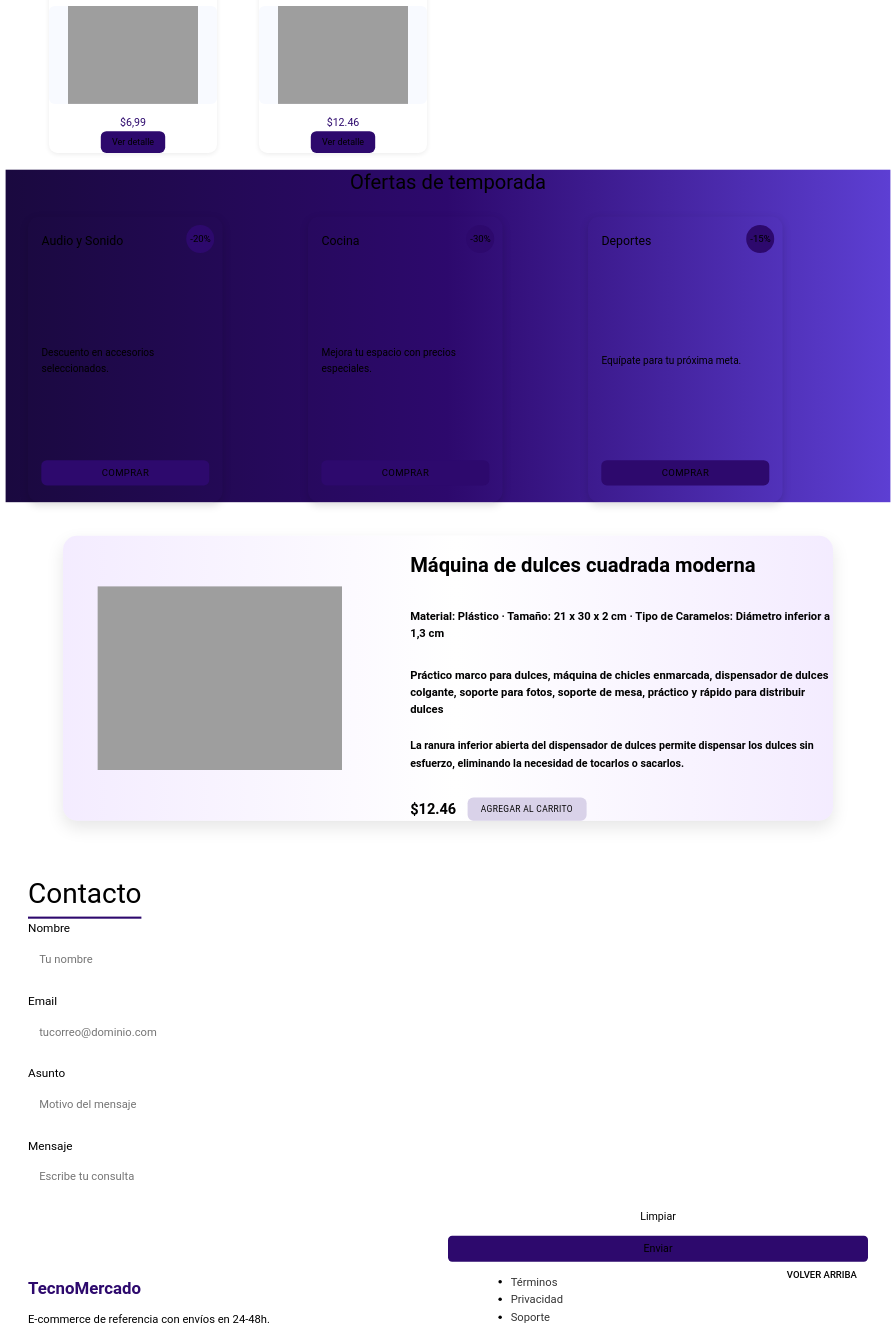
Repository: aryacarpavila/lab02_web
Page: index.html
The author's editor kept a copy of each file at every save. The page is drawn from the files as they stood at one save, then again after the next save.
The browser window is 1280 px wide. The pictures show the part of the page from y = 1008 to 2928 px (the page is 2928 px tall), at 70% of full size.
Pictures or frames that could not be fetched are drawn as grey boxes.

Above is the page before, as saved 2025-11-12 09:38:51.

### index.html
<!DOCTYPE html>
<html lang="es">
  <head>
    <meta charset="utf-8" />
    <meta name="viewport" content="width=device-width, initial-scale=1" />
    <meta name="description" content="TecnoMercado · Laboratorio 2" />
    <title>TecnoMercado · Plantilla (Lab 2)</title>

    <link rel="stylesheet" href="assets/css/base.css">
    <link rel="stylesheet" href="assets/css/layout.css">
    <link rel="stylesheet" href="assets/css/components.css">
    <link rel="stylesheet" href="assets/css/animations.css">
    <style>
      .text-center {
        text-align: center;
      }
    </style>
  </head>
  <body>
    <!-- HEADER: site branding and primary navigation -->
    <header role="banner">
      <div>
        <a href="#">TecnoMercado</a>
        <nav>
          <ul>
            <li><a href="#inicio">Inicio</a></li>
            <li><a href="#catalogo">Catálogo</a></li>
            <li><a href="#ofertas">Ofertas</a></li>
            <li><a href="#producto">Producto</a></li>
            <li><a href="#contacto">Contacto</a></li>
          </ul>
        </nav>
      </div>
    </header>

    <!-- MAIN: page content wrapper -->
    <main role="main">
      <!-- HERO: landing intro and promotional notice -->
      <section>
        <div>
          <div>
            <h1>Tu mercado digital</h1>
            <p>Explora productos a buen precio con una experiencia fluida y accesible.</p>
            <a href="#catalogo" class="boton">Ver catálogo</a>
          </div>
          <div></div>
        </div>
        <div class="text-center">Envíos gratis en compras superiores a $50</div>
      </section>

      <!-- CATALOG: category links and featured products grid -->
      <section>
        <section class="elemento-destacado">
            <div class="container">
              <h2>Catálogo destacado</h2>
              <ul class="categorias">
                <li><a href="#">Electrónica</a></li>
                <li><a href="#">Hogar</a></li>
                <li><a href="#">Ropa</a></li>
                <li><a href="#">Deportes</a></li>
              </ul>
            </div>
        </section>
          <div>
            <article tabindex="0">
              <div></div>
              <div>
                <h3>Ventilador de Mesa Damasco 12'</h3>
                <img src="https://damasco.vtexassets.com/arquivos/ids/157553-1200-auto?v=638961572051200000&width=1200&height=auto&aspect=true" alt="Ventilador Damasco" width="300">
                <p>$27,55</p>
                <button>Ver detalle</button>
              </div>
            </article>
            <article tabindex="0">
              <div></div>
              <div>
                <h3>Colchon Venus 140X190</h3>
                <img src="https://damasco.vtexassets.com/arquivos/ids/156653-1200-auto?v=638603201011270000&width=1200&height=auto&aspect=true" alt="Colchon" width="300">
                <p>$448,40</p>
                <button>Ver detalle</button>
              </div>
            </article>
            <article tabindex="0">
              <div></div>
              <div>
                <h3>Utensilio De Cocina 6Pcs</h3>
                <img src="https://damasco.vtexassets.com/arquivos/ids/156211-1200-auto?v=638524394013470000&width=1200&height=auto&aspect=true" alt="Utensilios" width="300">
                <p>$11,40</p>
                <button>Ver detalle</button>
              </div>
            </article>
            <article tabindex="0">
              <div></div>
              <div>
                <h3>Juego de Mesa y Sillas para Exteriores 904 Andic</h3>
                <img src="https://totalmundo.vtexassets.com/arquivos/ids/188250-1600-auto?v=638708155339070000&width=1600&height=auto&aspect=true" alt="Juego de mesas" width="300">
                <p>$89,99</p>
                <button>Ver detalle</button>
              </div>
            </article>
            <article tabindex="0">
              <div></div>
              <div>
                <h3>Cesta Circular para Ropa Andic BK59</h3>
                <img src="https://totalmundo.vtexassets.com/arquivos/ids/184221-1600-auto?v=638676304923270000&width=1600&height=auto&aspect=true" alt="Cesta de ropa" width="300">
                <p>$6,99</p>
                <button>Ver detalle</button>
              </div>
            </article>
            <article tabindex="0">
              <div></div>
              <div>
                <h3>Máquina de dulces cuadrada moderna</h3>
                <img src="https://ae01.alicdn.com/kf/S90d94c095b9e4ca5ae8318b18da998542.jpg" alt="Maquina de dulces" width="300">
                <p>$12.46</p>
                <button>Ver detalle</button>
              </div>
            </article>
          </div>
        </div>
      </section>

      <!-- OFFERS: seasonal deals and promotions -->
      <section class="ofertas-temporada">
        <div class="ofertas-container">
          <h2>Ofertas de temporada</h2>

          <div class="ofertas-grid">
            <article class="oferta-card">
          <div class="oferta-descuento">-20%</div>
            <h3>Audio y Sonido</h3>
            <p>Descuento en accesorios seleccionados.</p>
            <button class="boton">Comprar</button>
          </article>

        <article class="oferta-card">
          <div class="oferta-descuento">-30%</div>
          <h3>Cocina</h3>
          <p>Mejora tu espacio con precios especiales.</p>
          <button class="boton">Comprar</button>
        </article>

        <article class="oferta-card">
          <div class="oferta-descuento">-15%</div>
          <h3>Deportes</h3>
          <p>Equípate para tu próxima meta.</p>
          <button class="boton">Comprar</button>
        </article>
      </div>
    </div>
  </section>


      <!-- PRODUCTO DESTACADO -->
      <section class="producto-destacado">
          <div class="producto-destacado__imagen">
              <img src="https://ae01.alicdn.com/kf/S90d94c095b9e4ca5ae8318b18da998542.jpg" alt="Máquina de dulces cuadrada moderna">
          </div>
        <div class="producto-destacado__info">
            <h2>Máquina de dulces cuadrada moderna</h2>
            <p>Material: Plástico · Tamaño: 21 x 30 x 2 cm · Tipo de Caramelos: Diámetro inferior a 1,3 cm</p>
            <p>
              Práctico marco para dulces, máquina de chicles enmarcada, dispensador de dulces colgante, soporte para fotos,
              soporte de mesa, práctico y rápido para distribuir dulces
            </p>
        <ul>
          <li>La ranura inferior abierta del dispensador de dulces permite dispensar los dulces sin esfuerzo,
              eliminando la necesidad de tocarlos o sacarlos.</li>
        </ul>
        <div class="producto-destacado__acciones">
            <span class="precio">$12.46</span>
          <button class="boton">Agregar al carrito</button>
        </div>
      </div>
      </section>


      <!-- CONTACT: contact form -->
      <section class="elemento-destacado">
        <div class="container">
        <h2>Contacto</h2>
        <form action="#" method="post" class="form-contacto">
          <div class="form-grid">
            <div>
              <label for="nombre">Nombre</label>
              <input id="nombre" name="nombre" type="text" placeholder="Tu nombre" />
            </div>
            <div>
              <label for="email">Email</label>
              <input id="email" name="email" type="email" placeholder="tucorreo@dominio.com" />
            </div>
            <div class="columna-completa">
              <label for="asunto">Asunto</label>
              <input id="asunto" name="asunto" type="text" placeholder="Motivo del mensaje" />
            </div>
            <div class="columna-completa">
              <label for="mensaje">Mensaje</label>
              <textarea id="mensaje" name="mensaje" rows="5" placeholder="Escribe tu consulta"></textarea>
            </div>
          </div>

          <div class="botones">
            <button type="reset" class="btn-limpiar">Limpiar</button>
            <button type="submit" class="btn-enviar">Enviar</button>
          </div>
        </form>
      </section>
    </main>

    <!-- FOOTER: site footer with secondary navigation -->
    <footer role="contentinfo">
      <div class="footer-contenedor">
        <div class="footer-info">
          <h3>TecnoMercado</h3>
          <p>E-commerce de referencia con envíos en 24-48h.</p>
        </div>

        <nav class="footer-nav" aria-label="Secundaria">
          <ul>
            <li><a href="#">Términos</a></li>
            <li><a href="#">Privacidad</a></li>
            <li><a href="#">Soporte</a></li>
          </ul>
        </nav>

        <div class="footer-volver">
          <a href="#inicio" class="volver-arriba">Volver arriba</a>
        </div>
      </div>
    </footer>
  </body>
</html>

### assets/css/base.css
/*

 * Sector: Hogar
 * Tipografía: Opción Roboto
 * Justificación: El Morado (elegancia) y el Gris (neutralidad) aportan una sensación de
 * confort y sofisticación, ideal para el diseño de interiores moderno. La fuente Roboto
 * garantiza legibilidad y un look limpio.
 */
:root {


    --color-primary: #2D096D;       /* Morado Oscuro (Base - Para acciones y títulos) */
    --color-secondary: #D9D2E9;     /* Lavanda Claro (Terciario - Para fondos y hover sutil) */
    --color-tertiary: #5D3FD3;      /* Violeta Medio (Para acentos y enlaces) */


    --color-background: #FFFFFF;    /* Fondo Blanco puro o #ECECEC de tu código */
    --color-surface: #F8F8F8;       /* Fondo de tarjetas (Sutilmente gris) */

    --color-text-primary: #000000;  /* Texto Principal (Negro para legibilidad) */
    --color-text-on-primary: #FFFFFF; /* Texto sobre color primario (¡BLANCO para el botón!) */

    --space-unit: 8px;
    --space-xs: calc(0.5 * var(--space-unit));
    --space-sm: var(--space-unit);
    --space-md: calc(2 * var(--space-unit));
    --space-lg: calc(3 * var(--space-unit));
    --space-xl: calc(5 * var(--space-unit));

    --border-radius: 6px;
    --shadow-md: 0 4px 8px rgba(0, 0, 0, 0.1); /* Sombra para tarjetas */
    --container-max-width: 1200px;

    --font-size-base: 1rem;
    --font-size-h1: clamp(2.5rem, 6vw + 1rem, 4rem);
    --font-size-h2: clamp(1.75rem, 4vw + 1rem, 2.5rem);
    --font-size-h3: clamp(1.25rem, 2vw + 1rem, 1.75rem);
    --line-height-base: 1.6;
}

body {
    /* Tipografía Roboto */
    font-family: "Roboto";
    line-height: var(--line-height-base);
    color: var(--color-text-primary);
    background-color: var(--color-background);
    font-size: var(--font-size-base);
}

h1, h2, h3 {
    line-height: 1.2;
    margin-bottom: var(--space-md);
    font-weight: 600;
    color: var(--color-primary); /* Color primario para títulos */
}

h1 {
    font-size: var(--font-size-h1);
}

h2 {
    font-size: var(--font-size-h2);
}

h3 {
    font-size: var(--font-size-h3);
}

p {
    margin-bottom: var(--space-sm);
}

:focus-visible {
    outline: 3px solid var(--color-focus);
    outline-offset: 3px;
    border-radius: var(--border-radius);
}

a {
    color: var(--color-tertiary); /* Color de acento para enlaces */
    text-decoration: none;
    transition: color 0.2s ease-in-out;
}

a:hover {
    color: var(--color-primary);
    text-decoration: underline;
}

img {
    max-width: 100%;
    height: auto;
    display: block;
}

input, textarea, button {
    font-family: inherit;
    font-size: var(--font-size-base);
}

### assets/css/components.css
/*
  components.css
  - Botones (primario, outline), estados hover/focus
  - Cards de producto y ofertas, sombras y radios
  - Listas de categorías y enlaces auxiliares
  - Formulario de contacto: inputs, labels, textarea, validaciones
  - Selectores de atributo, pseudo-clases y pseudo-elementos
*/

header nav a {
  /* Estilo para los enlaces de navegación */
  color: var(--color-text);
  font-weight: var(--font-weight-regular);
  text-transform: uppercase;
  padding: var(--spacing-xs) 0;
  border-bottom: 2px solid transparent;
}

header nav a:hover {
  color: var(--color-primary);
  border-bottom: 2px solid var(--color-primary);
  text-decoration: none;
}

article:hover {
  transform: translateY(-4px);
  box-shadow: 0 4px 16px rgba(0, 0, 0, 0.12);
}

.hero-section {
  padding: var(--spacing-lg) var(--spacing-md);
  background-color: var(--color-background-dark);
}

.hero-wrapper {
  max-width: 1200px;
  margin: 0 auto;
  display: grid;
  grid-template-columns: 1fr 1fr;
  gap: var(--spacing-lg);
  align-items: center;
}

.hero-content h1 {
  font-size: clamp(2rem, 5vw, 4rem);
  color: var(--color-text);
  margin-bottom: var(--spacing-sm);
  text-align: left;
}

article img {
  width: 100%;
  height: 140px;
  object-fit: contain;
  margin-bottom: var(--spacing-sm);
  background-color: #f8faff;
  border-radius: 8px;
}

footer a {
    color: var(--color-white);
}

.boton {
    background-color: var(--color-primary);
    color: var(--color-white);
    border: none;
    font-weight: var(--font-weight-bold);
    text-transform: uppercase;
    text-decoration: none;
    cursor: pointer;
    display: inline-block;
    font-size: 0.75rem;
    padding: 0.5rem 0.8rem;
    border-radius: var(--border-radius, 4px);
    transition: background-color 0.3s ease;
}

.boton:hover,
.boton:focus {
    background-color: var(--color-secondary);
    color: var(--color-white);
}

/* Título del producto */
article h3 {
  font-size: 1rem;
  color: var(--color-text);
  margin-top: var(--spacing-sm);
  margin-bottom: 0.4rem;
  font-weight: var(--font-weight-bold);
}

/* Precio */
article p {
  font-size: 0.95rem;
  font-weight: var(--font-weight-bold);
  color: var(--color-primary);
  margin-bottom: var(--spacing-sm);
}

article button {
  background-color: var(--color-primary);
  border: 1px solid var(--color-background-dark);
  color: var(--color-white);
  padding: 0.5rem 1rem;
  font-size: 0.8rem;
  border-radius: 8px;
  cursor: pointer;
  transition: all 0.2s ease;
}

article button:hover {
  background-color: var(--color-secondary);
  border-color: var(--color-primary);
}


/* === BOTONES PRINCIPALES === */
.boton {
  display: inline-block;
  background-color: var(--color-primary);
  color: var(--color-white);
  padding: 0.6rem 1.2rem;
  border-radius: 8px;
  text-transform: uppercase;
  font-weight: var(--font-weight-bold);
  letter-spacing: 0.5px;
  transition: background-color 0.3s ease;
}

.boton:hover {
  background-color: var(--color-secondary);
}

/* === OFERTAS DE TEMPORADA === */
.ofertas-temporada {
  background: linear-gradient(90deg,rgba(26, 9, 63, 1) 0%, rgba(45, 9, 109, 1) 50%, rgba(93, 63, 211, 1) 100%);
  padding: var(--spacing-lg) var(--spacing-md);
  color: var(--color-white);
}

.ofertas-container {
  max-width: 1200px;
  margin: 0 auto;
  text-align: center;
}

.ofertas-container h2 {
  font-size: 1.8rem;
  font-weight: var(--font-weight-bold);
  margin-bottom: 2rem;
  color: var(--color-white);
}


/* === TARJETAS === */
.oferta-card {
  position: relative;
  background-color: var(--color-white);
  color: var(--color-text);
  border-radius: 16px;
  padding: 1.5rem 1.2rem;
  text-align: left;
  box-shadow: 0 4px 12px rgba(0, 0, 0, 0.15);
  transition: transform 0.25s ease, box-shadow 0.25s ease;
}

.oferta-card:hover {
  transform: translateY(-6px);
  box-shadow: 0 8px 20px rgba(0, 0, 0, 0.25);
}

.oferta-card h3 {
  font-size: 1.1rem;
  font-weight: var(--font-weight-bold);
  margin-bottom: 0.5rem;
}

.oferta-card p {
  font-size: 0.9rem;
  color: var(--color-text);
  margin-bottom: 0.2rem;
}

.oferta-card .boton:hover {
  background-color: var(--color-secondary);
}

.producto-destacado {
  display: flex;
  align-items: center;
  justify-content: center;
  gap: 3rem;
  background: linear-gradient(90deg,rgba(213, 184, 255, 0.27) 0%, rgba(255, 255, 255, 1) 51%, rgba(213, 184, 255, 0.27) 100%);
  border-radius: 20px;
  margin: 3rem auto;
  max-width: 1100px;
  box-shadow: 0 10px 25px rgba(0, 0, 0, 0.1);
}

.producto-destacado__imagen {
  flex: 0 0 400px;
  display: flex;
  justify-content: center;
  align-items: center;
  background: transparent;
  border-radius: 16px;
  padding: 1.5rem;
}

.producto-destacado__imagen img {
  width: 350px;
  height: 350px;
  object-fit: contain;
  border-radius: 12px;
}

.producto-destacado__info {
  flex: 1;
  display: flex;
  flex-direction: column;
  justify-content: center;
  gap: 0.8rem;
}

.producto-destacado__info h2 {
  font-size: 1.8rem;
  font-weight: bold;
  color: var(--color-text);
}

.producto-destacado__info p {
  font-size: 1rem;
  line-height: 1.5;
  font-weight: bold;
  color: var(--color-text);
}

.producto-destacado__info ul {
  list-style: none;
  padding: 0;
  font-weight: bold;
  margin: 0.5rem 0;
}

.producto-destacado__info li {
  font-size: 0.95rem;
  color: var(--color-text);;
}

@media (max-width: 900px) {
  .producto-destacado {
    flex-direction: column;
    text-align: center;
  }

  .producto-destacado__info {
    text-align: center;
  }
}

footer nav ul a {
    color: var(--color-white);
    opacity: 0.8;
    transition: opacity 0.2s;
}

footer nav ul a:hover {
    opacity: 1;
    text-decoration: underline;
}

footer > div > div:last-child a {
    background-color: transparent;
    color: var(--color-white);
    border: 1px solid var(--color-white);
    cursor: pointer;
    font-weight: 500;
    text-transform: uppercase;
    font-size: 0.85rem;
    padding: 0.5rem 1rem;
    border-radius: var(--border-radius-sm);
    transition: all 0.2s;
    display: inline-block;
}

footer > div > div:last-child a:hover {
    background-color: var(--color-background-dark);
    text-decoration: none;
}

.form-contacto .botones {
    display: flex;
    justify-content: flex-end;
    gap: 0.55rem;
    margin-top: 1.2rem;
}

.form-contacto .botones button {
    font-size: 0.95rem;
    padding: 0.6rem 0.6rem;
    border-radius: 6px;
    cursor: pointer;
    font-weight: var(--font-weight-semibold);
    transition: all 0.2s ease;
    text-transform: capitalize;
    width: auto;
    flex-shrink: 0;
}

.form-contacto .btn-enviar {
    background-color: var(--color-primary);
    color: var(--color-white);
    border: none;
}

.form-contacto .btn-enviar:hover {
    background-color: var(--color-secondary);
    box-shadow: 0 2px 5px var(--color-background-dark);
}

.form-contacto .btn-limpiar {
    background-color: var(--color-white);
    color: var(--color-text-light);
    border: 0.75px solid var(--border-color-input);
    font-weight: 200;
}

.form-contacto .btn-limpiar:hover {
    background-color: var(--color-terciary);
    border-color: var(--color-background-dark);
}

### assets/css/animations.css
/*
  animations.css
  - Transiciones para hover/focus de botones, cards y enlaces
  - @keyframes para badges u otros elementos (p. ej., pulse, fadeInUp)
  - Transformaciones suaves (scale/translate) y timings accesibles
*/

Loaded but not shown: assets/css/layout.css (381 lines, source omitted)

After the next save:
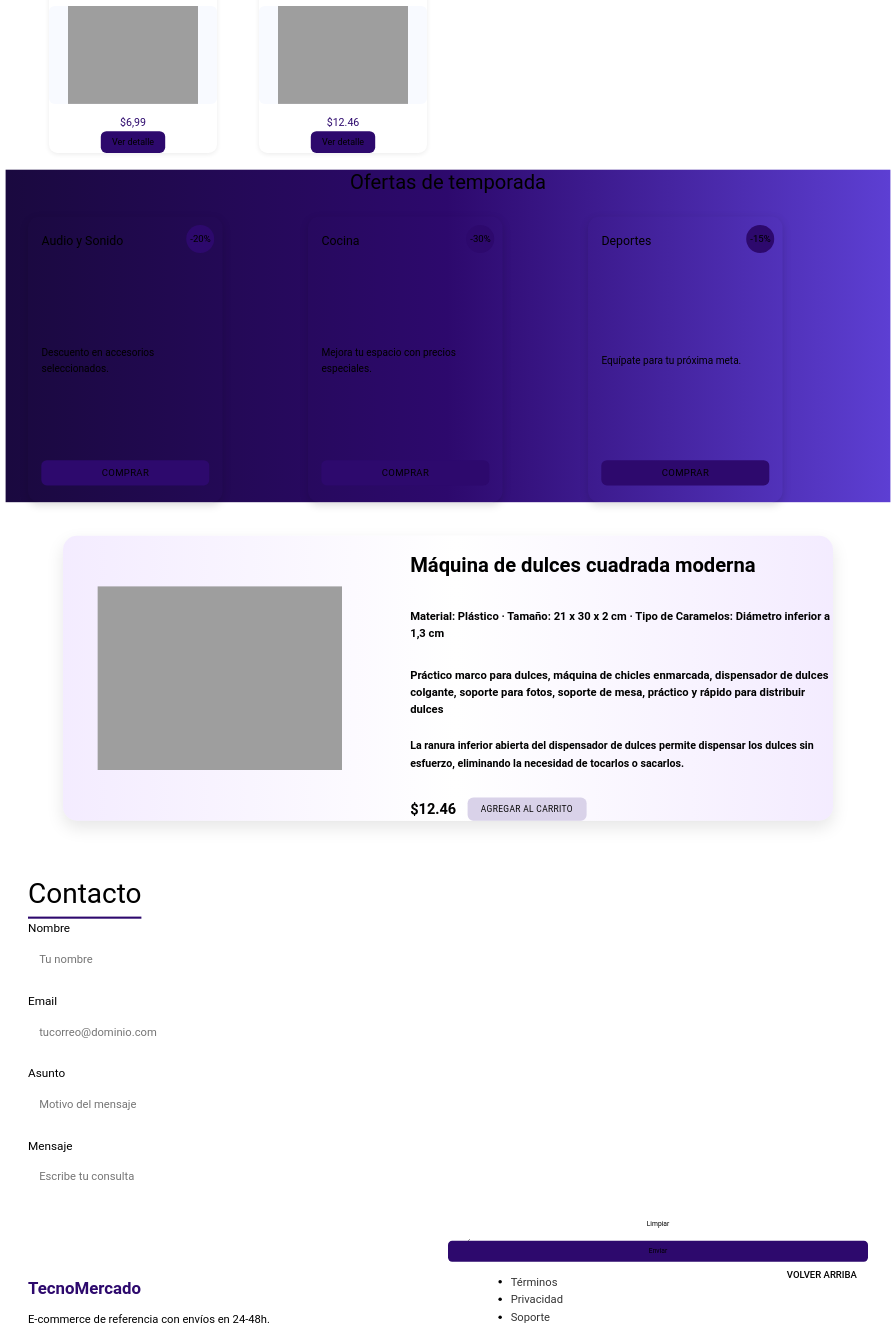
Saved 64 s later.
--- a/assets/css/components.css
+++ b/assets/css/components.css
@@ -298,7 +298,7 @@
 }
 
 .form-contacto .botones button {
-    font-size: 0.95rem;
+    font-size: 0.6rem;
     padding: 0.6rem 0.6rem;
     border-radius: 6px;
     cursor: pointer;

After the save that followed:
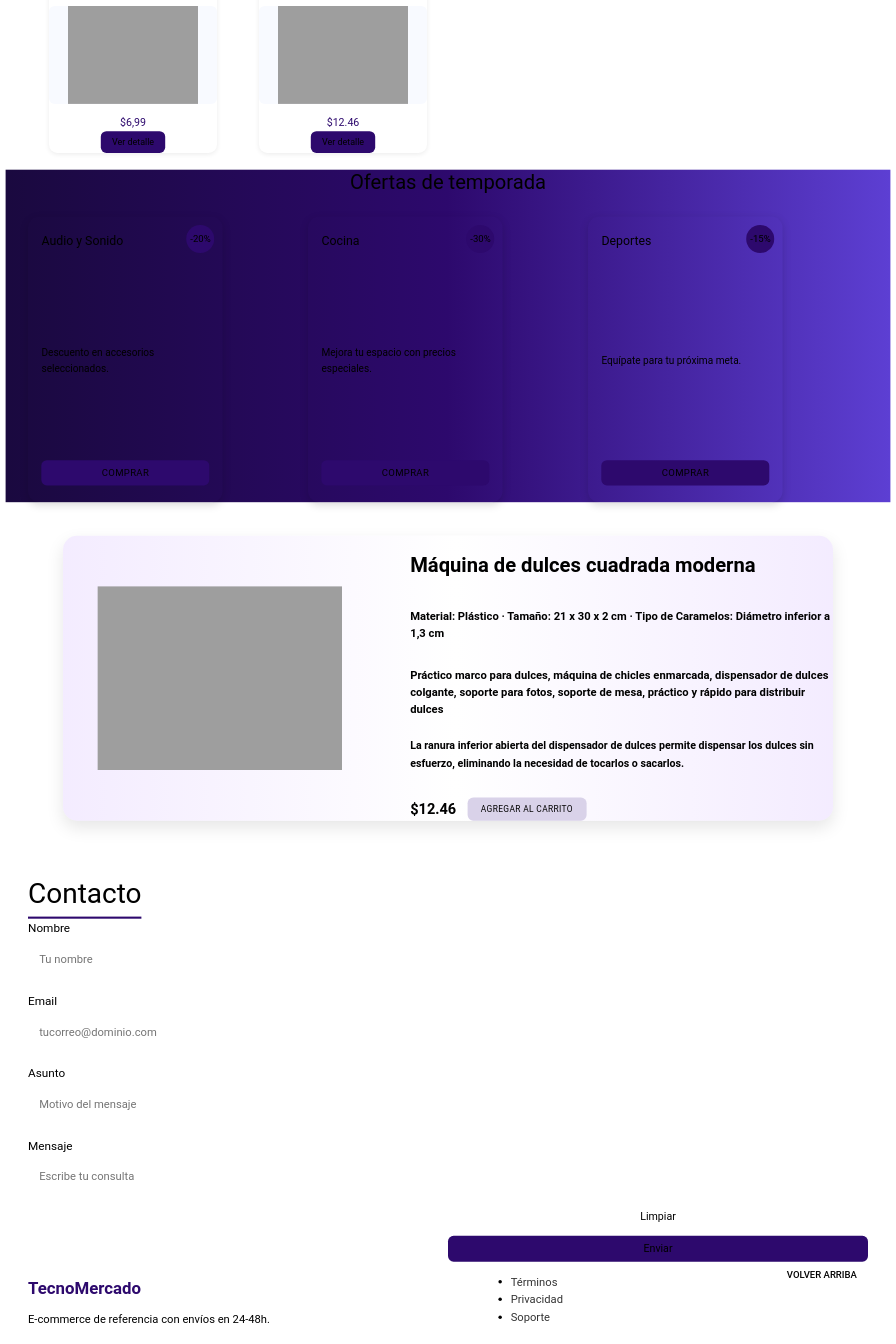
Saved 19 s later.
--- a/assets/css/components.css
+++ b/assets/css/components.css
@@ -298,9 +298,9 @@
 }
 
 .form-contacto .botones button {
-    font-size: 0.6rem;
+    font-size: 0.95rem;
     padding: 0.6rem 0.6rem;
-    border-radius: 6px;
+    border-radius: 8px;
     cursor: pointer;
     font-weight: var(--font-weight-semibold);
     transition: all 0.2s ease;
